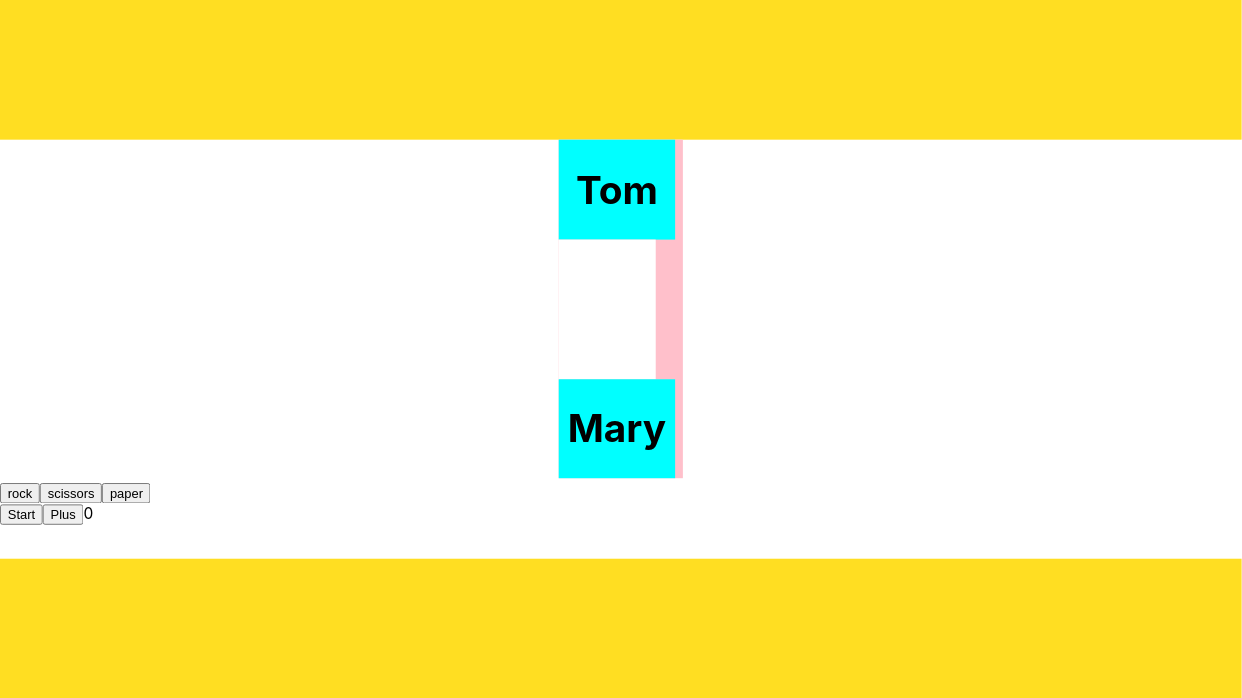
Repository: K009/Rock-Paper-Scissors
Page: /
These files come from the project's save history. The page is drawn as it stood at one moment and after the next save; the edit follows.
The browser window is 1280 px wide. The pictures show the whole page, at 97% of full size.
The project was rebuilt for these pictures with package versions that can differ from the ones it lists, and the page was loaded fresh each time.

Above is the page before, as saved 2020-05-13 09:06:21.

### src/App.js
import React, { Component } from "react";
import "./App.css";
import Player from "./components/Player";

const weapon = ["rock", "paper", "scissors"];

class App extends Component {
  constructor() {
    super();
    this.state = {
      playerOne: weapon[0],
      playerTwo: weapon[0],
      winner: "",
    };
    this.state = { counter: 0 };
  }

  startGame = () => {
    let counter = 0;
    let gameInterval = setInterval(() => {
      //to make a delay
      counter++;
      console.log(counter);
      this.setState({
        playerTwo: weapon[Math.floor(Math.random() * weapon.length)],
        winner: "",
      });
      if (counter > 5) {
        clearInterval(gameInterval);
        this.setState({
          winner: this.selectWinner(),
        });
      }
    }, 100);
  };

  selectWinner = () => {
    const { playerOne, playerTwo } = this.state;
    console.log("Player One: " + playerOne + "Player Two: " + playerTwo);
    if (playerOne === playerTwo) {
      console.log("It's a tie");
      return "It's a tie";
    } else if (
      (playerOne === "rock" && playerTwo === "scissors") ||
      (playerOne === "paper" && playerTwo === "rock") ||
      (playerOne === "scissors" && playerTwo === "paper")
    ) {
      return "Player one wins!";
    } else {
      return "Player two wins!";
    }
  };

  selectWeapon = (weapon) => {
    //in argument it gets a value that is going to be set for playerOne
    this.setState({
      playerOne: weapon, //here it gets changed
      winner: "", //winner without any changes - still ""
    });
  };

  increment() {
    this.setState({
      counter: this.state.counter + 1,
    });
  }

  render() {
    const { playerOne, playerTwo, winner } = this.state;
    return (
      <div className="App">
        <div className="Header" />
        <div className="Players">
          <Player playerName="Tom" weapon={playerOne} />
          <div className="break"> </div>
          <Player playerName="Mary" weapon={playerTwo} />
        </div>
        <div>
          <button className="weapon" onClick={() => this.selectWeapon("rock")}>
            rock
          </button>
          <button
            className="weapon"
            onClick={() => this.selectWeapon("scissors")}
          >
            scissors
          </button>
          <button className="weapon" onClick={() => this.selectWeapon("paper")}>
            paper
          </button>
        </div>
        <div className="winner">{winner ? this.selectWinner() : null}</div>
        <button className="start" onClick={this.startGame}>
          Start
        </button>
        <button onClick={this.increment.bind(this)}>Plus</button>
        <output>{this.state.counter}</output>
        <footer />
      </div>
    );
  }
}

export default App;

### src/App.css
.App {
  min-height: 100vh;
  background-color: #ffffff;
}

.Header {
  min-height: 20vh;
  text-align: center;
  justify-content: space-around;
  background-color: #ffde22;
  display: flex;
  flex-wrap: wrap;
}

.Players {
  background-color: pink;
  text-align: center;
  display: inline-block;
  margin-left: 45%;
  margin-right: 45%;
}

.break {
  width: 100px;
  min-height: 20vh;
  background-color: white;
  float: left;
}

footer {
  min-height: 20vh;
  background-color: #ffde22;
  width: 100%;
  position: absolute;
  left: 0;
  bottom: 0;
}

### src/components/Player.js
import React from "react";
import style from "./player.module.css";

const Player = ({ playerName }) => {
  return (
    <div className={style.player}>
      <h1>{playerName}</h1>
    </div>
  );
};

export default Player;

### src/components/player.module.css
.player {
  background-color: aqua;
  font-size: 20px;
  text-align: center;
  width: 120px;
  float: left;
}

Loaded but not shown: public/index.html (common file); src/index.js (common file); src/index.css (common file); src/serviceWorker.js (common file)

After the next save:
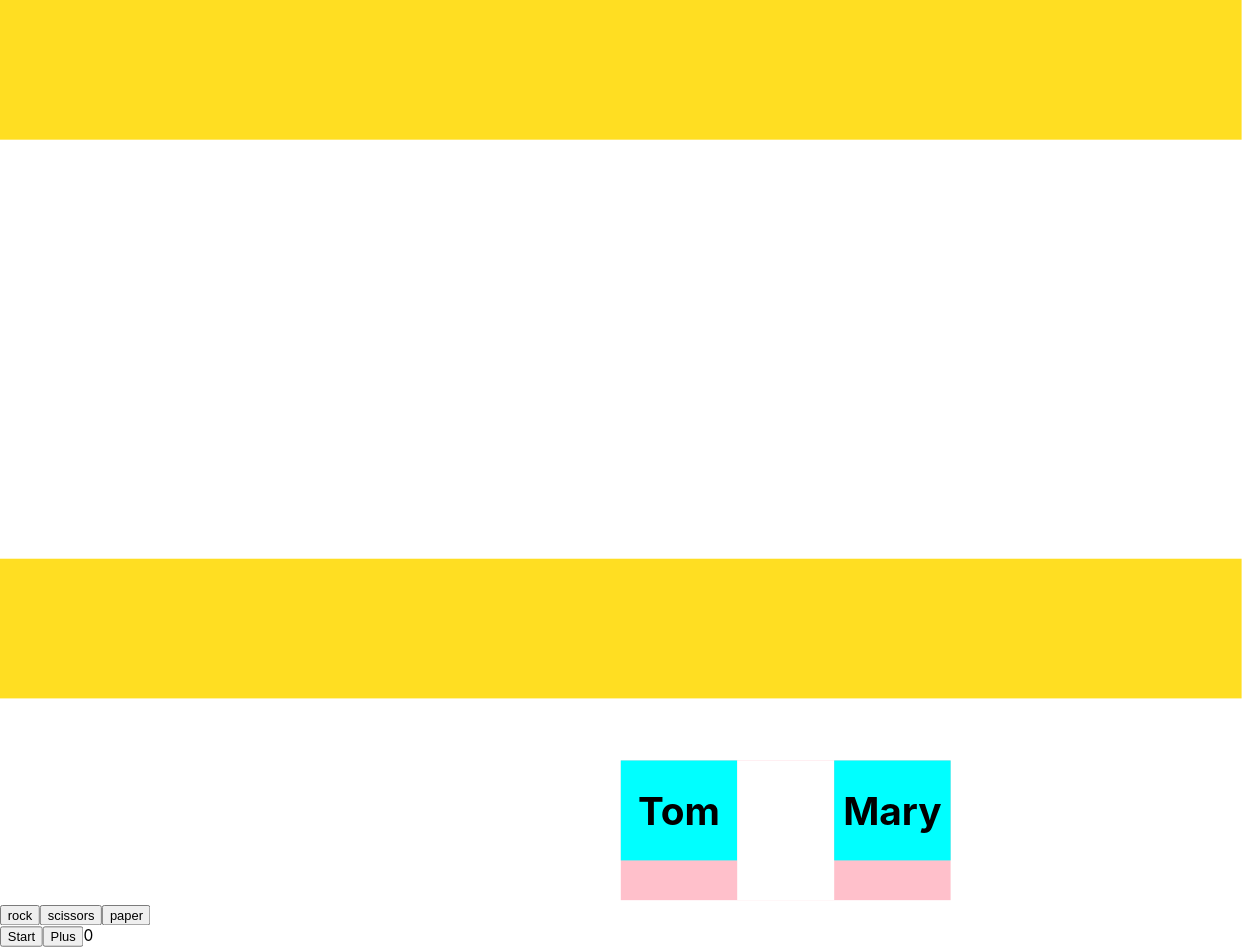
Saved 15 s later.
--- a/src/App.css
+++ b/src/App.css
@@ -16,8 +16,8 @@
   background-color: pink;
   text-align: center;
   display: inline-block;
-  margin-left: 45%;
-  margin-right: 45%;
+  margin-left: 50%;
+  margin-top: 50%;
 }
 
 .break {
